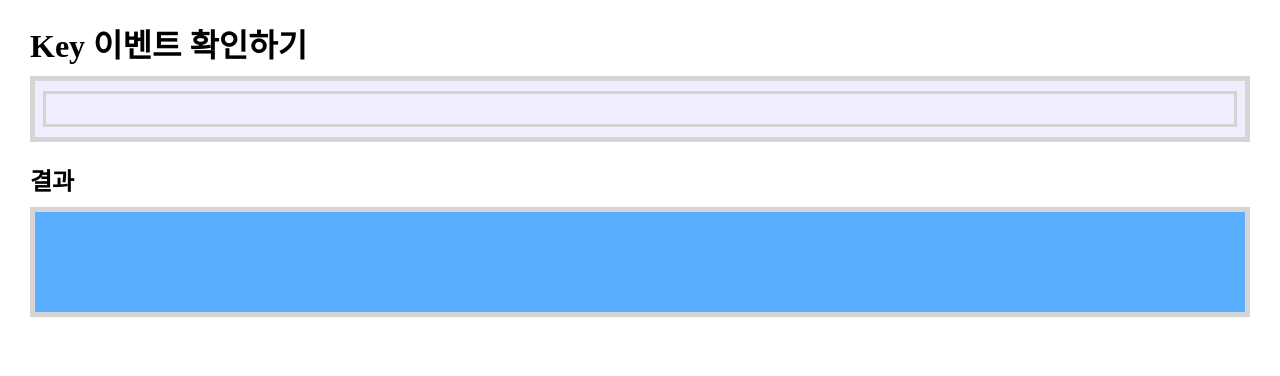
Repository: ssummini/Web
Page: jQuery/src/main/webapp/02_jQueryEvent/exam06-아스키코드.html
The author's editor kept a copy of each file at every save. The page is drawn from the files as they stood at one save, then again after the next save.
The browser window is 1280 px wide. The pictures show the whole page.

Above is the page before, as saved 2024-08-23 00:55:08.

After the next save:
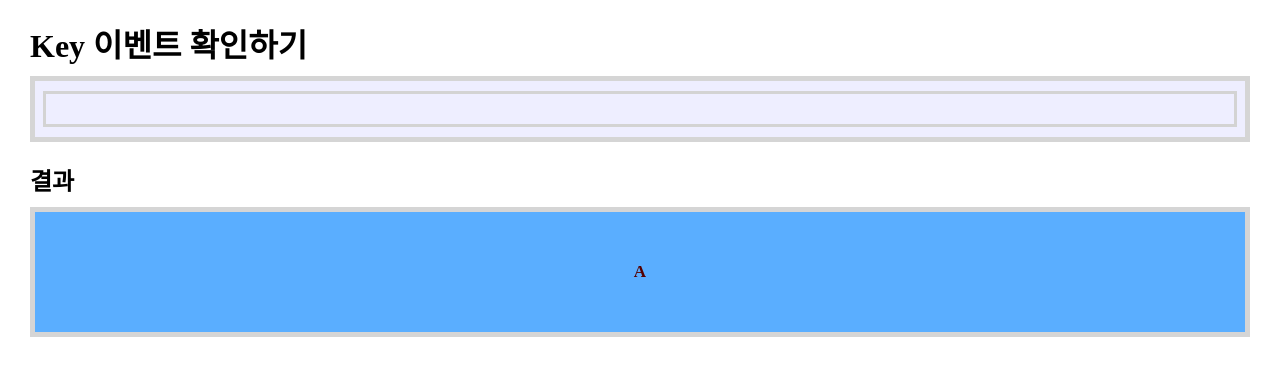
Saved 51 s later.
--- a/jQuery/src/main/webapp/02_jQueryEvent/exam06-아스키코드.html
+++ b/jQuery/src/main/webapp/02_jQueryEvent/exam06-아스키코드.html
@@ -41,7 +41,7 @@
 }
 
 $(function () {
-	getKeyName(65);
+	$('#result').html(getKeyName(65));
 });
 </script>
 </body>

After the save that followed:
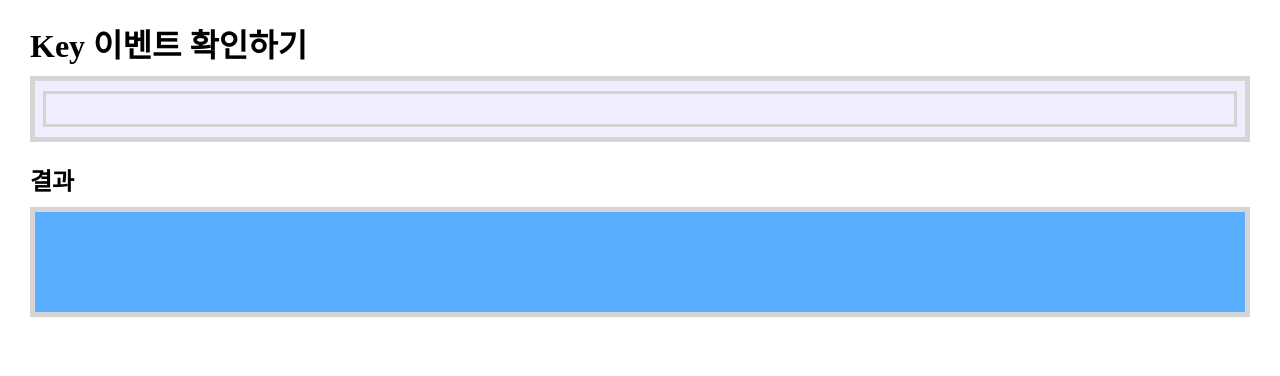
Saved 4 min 30 s later.
--- a/jQuery/src/main/webapp/02_jQueryEvent/exam06-아스키코드.html
+++ b/jQuery/src/main/webapp/02_jQueryEvent/exam06-아스키코드.html
@@ -41,7 +41,10 @@
 }
 
 $(function () {
-	$('#result').html(getKeyName(65));
+	$('#input > input[type="text"]').keydown(function(event){
+		$('#result').html(getKeyName(65));
+	});
+
 });
 </script>
 </body>
